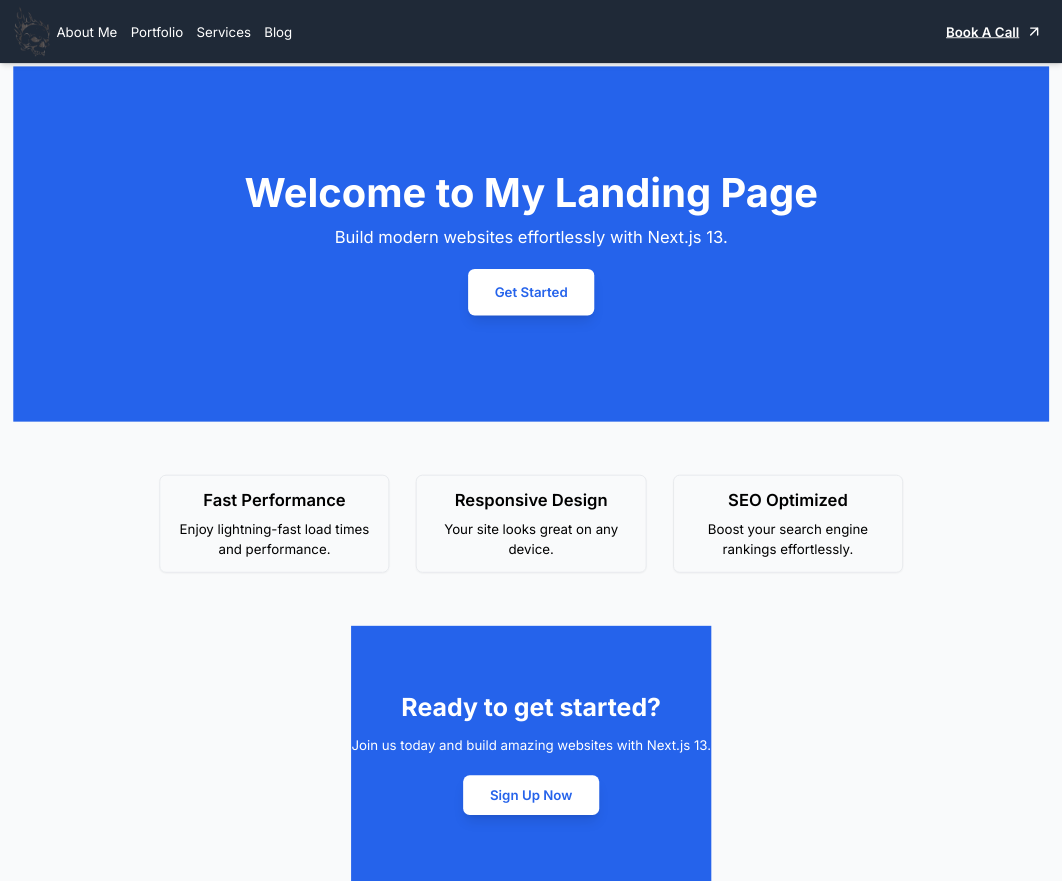
Repository: TheSecretlifeOfX/landing1
Page: /
The author's editor kept a copy of each file at every save. The page is drawn from the files as they stood at one save, then again after the next save.
The browser window is 1280 px wide. The pictures show the whole page, at 83% of full size.
The project was rebuilt for these pictures with package versions that can differ from the ones it lists, and the page was loaded fresh each time. The framework's server and built-in components were replaced by stand-ins that run in the browser. Also part of the build but not shown: next.config.js.

Above is the page before, as saved 2024-11-14 13:30:34.

### app/layout.tsx
import Link from 'next/link'
import './globals.css'
import type { Metadata } from 'next'
import { Inter } from 'next/font/google'

import Navbar from "@/app/components/Navbar";


const inter = Inter({ subsets: ['latin'] })

export const metadata: Metadata = {
  title: 'Create Next App',
  description: 'Generated by create next app',
}

export default function RootLayout({
  children,
}: {
  children: React.ReactNode
}) {
  return (
    <html lang="en">
      <body className={inter.className}>
      <nav>
        <Navbar />
      </nav>
      {children}</body>
    </html>
  )
}

### app/page.tsx
import HeroSection from "@/app/components/HeroSection";
import FeaturesSection from "@/app/components/FeaturesSection";
import CallToAction from "@/app/components/CallToAction";

// app/page.tsx
export default function Home() {
  return (
    <main className="flex flex-col items-center justify-center min-h-screen px-4 bg-gray-50">
      <HeroSection />
      <FeaturesSection />
      <CallToAction />
    </main>
  );
}

### app/components/Navbar.tsx
// src/components/Navbar.tsx
import React from "react";
import Link from "next/link";
import Image from "next/image";

export default function Navbar() {
  return (
    <nav className="fixed top-0 left-0 w-full bg-gray-800 p-2 text-white shadow-md z-50">
      <div className="container mx-auto flex items-center">
        {/* Logo Section on the Left */}
        <div className="flex items-center">
          <Link href="/">
            <Image
              src="/Images/Logo.png"
              alt="MyBrand Logo"
              width={60}
              height={60}
              className="cursor-pointer"
              priority
            />
          </Link>
        </div>

        {/* Navigation Links Centered */}
        <ul className="flex space-x-4">
          <li>
            <a href="#hero" className="hover:text-gray-400">
              About Me
            </a>
          </li>
          <li>
            <a href="#features" className="hover:text-gray-400">
              Portfolio
            </a>
          </li>
          <li>
            <a href="#" className="hover:text-gray-400">
              Services
            </a>
          </li>
          <li>
            <a href="#" className="hover:text-gray-400">
              Blog
            </a>
          </li>
        </ul>

        {/* "Book A Call" Button on the Right */}
        <ul className="flex items-center ml-auto">
  <li>
    <a
      href="#contact"
      className="flex items-center px-4 py-2 text-white font-semibold rounded-lg hover:bg-gray-700 transition duration-300 underline"
    >
      Book A Call
      <svg
        xmlns="http://www.w3.org/2000/svg"
        viewBox="0 0 24 24"
        fill="none"
        stroke="currentColor"
        strokeWidth="2"
        className="w-5 h-5 ml-2"
      >
        <path
          d="M7 17L17 7M7 7h10v10"
          strokeLinecap="round"
          strokeLinejoin="round"
        />
      </svg>
    </a>
  </li>
</ul>
      </div>
    </nav>
  );
}

### app/components/HeroSection.tsx
// components/HeroSection.tsx
export default function HeroSection() {
  return (
    <section
      id="hero"
      className="w-full py-32 bg-blue-600 text-white flex flex-col items-center justify-center mt-20"
    >
      <h1 className="text-5xl font-bold mb-4">Welcome to My Landing Page</h1>
      <p className="text-xl mb-6 max-w-3xl text-center">
        Build modern websites effortlessly with Next.js 13.
      </p>
      <button className="px-8 py-4 bg-white text-blue-600 font-semibold rounded-lg shadow-lg hover:bg-gray-100 transition duration-300">
        Get Started
      </button>
    </section>
  );
}

### app/components/FeaturesSection.tsx
// components/FeaturesSection.tsx
export default function FeaturesSection() {
    return (
      <section id="features" className="py-16">
        <div className="max-w-4xl mx-auto grid grid-cols-1 md:grid-cols-3 gap-8">
          <Feature
            title="Fast Performance"
            description="Enjoy lightning-fast load times and performance."
          />
          <Feature
            title="Responsive Design"
            description="Your site looks great on any device."
          />
          <Feature
            title="SEO Optimized"
            description="Boost your search engine rankings effortlessly."
          />
        </div>
      </section>
    );
  }

  function Feature({ title, description }: { title: string; description: string }) {
    return (
      <div className="text-center p-4 border rounded-lg shadow-sm">
        <h3 className="text-xl font-semibold mb-2">{title}</h3>
        <p>{description}</p>
      </div>
    );
  }

### app/components/CallToAction.tsx
// components/CallToAction.tsx
export default function CallToAction() {
    return (
      <section id="contact" className="py-20 text-center bg-blue-600 text-white">
        <h2 className="text-3xl font-bold mb-4">Ready to get started?</h2>
        <p className="mb-6">Join us today and build amazing websites with Next.js 13.</p>
        <button className="px-8 py-3 bg-white text-blue-600 font-semibold rounded-lg shadow-lg hover:bg-gray-100">
          Sign Up Now
        </button>
      </section>
    );
  }

Loaded but not shown: app/globals.css (common file); tailwind.config.js (common file)

After the next save:
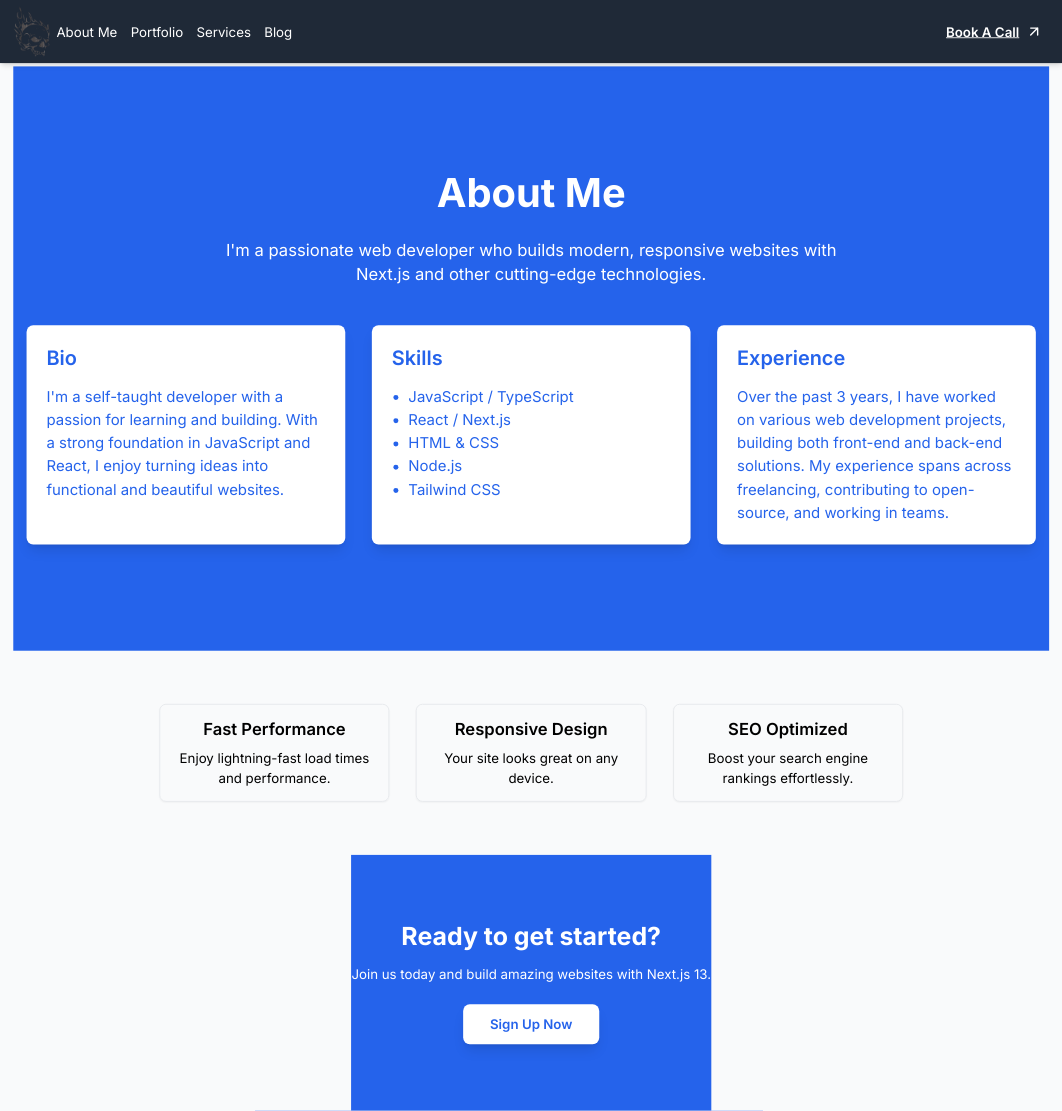
Saved 9 min 51 s later.
--- a/app/components/HeroSection.tsx
+++ b/app/components/HeroSection.tsx
@@ -5,13 +5,41 @@ export default function HeroSection() {
       id="hero"
       className="w-full py-32 bg-blue-600 text-white flex flex-col items-center justify-center mt-20"
     >
-      <h1 className="text-5xl font-bold mb-4">Welcome to My Landing Page</h1>
-      <p className="text-xl mb-6 max-w-3xl text-center">
-        Build modern websites effortlessly with Next.js 13.
+      <h1 className="text-5xl font-bold mb-8">About Me</h1>
+      <p className="text-xl mb-12 max-w-3xl text-center">
+        I'm a passionate web developer who builds modern, responsive websites with Next.js and other cutting-edge technologies.
       </p>
-      <button className="px-8 py-4 bg-white text-blue-600 font-semibold rounded-lg shadow-lg hover:bg-gray-100 transition duration-300">
-        Get Started
-      </button>
+
+      {/* About Me Cards */}
+      <div className="grid grid-cols-1 sm:grid-cols-2 lg:grid-cols-3 gap-8 px-4">
+        {/* Card 1 - Bio */}
+        <div className="bg-white text-blue-600 rounded-lg shadow-lg p-6 hover:shadow-xl transition duration-300">
+          <h3 className="text-2xl font-semibold mb-4">Bio</h3>
+          <p className="text-lg">
+            I'm a self-taught developer with a passion for learning and building. With a strong foundation in JavaScript and React, I enjoy turning ideas into functional and beautiful websites.
+          </p>
+        </div>
+
+        {/* Card 2 - Skills */}
+        <div className="bg-white text-blue-600 rounded-lg shadow-lg p-6 hover:shadow-xl transition duration-300">
+          <h3 className="text-2xl font-semibold mb-4">Skills</h3>
+          <ul className="text-lg list-disc pl-5">
+            <li>JavaScript / TypeScript</li>
+            <li>React / Next.js</li>
+            <li>HTML & CSS</li>
+            <li>Node.js</li>
+            <li>Tailwind CSS</li>
+          </ul>
+        </div>
+
+        {/* Card 3 - Experience */}
+        <div className="bg-white text-blue-600 rounded-lg shadow-lg p-6 hover:shadow-xl transition duration-300">
+          <h3 className="text-2xl font-semibold mb-4">Experience</h3>
+          <p className="text-lg">
+            Over the past 3 years, I have worked on various web development projects, building both front-end and back-end solutions. My experience spans across freelancing, contributing to open-source, and working in teams.
+          </p>
+        </div>
+      </div>
     </section>
   );
 }
